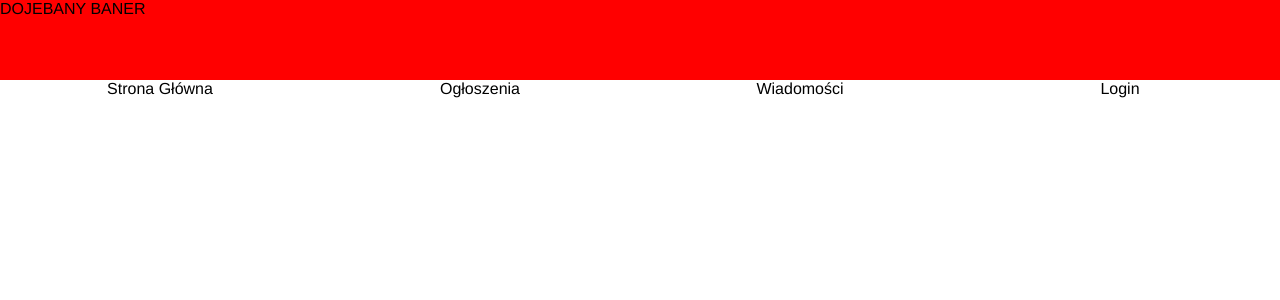
Repository: PatrykStawik/projectppz
Page: /wiadomosci
These files come from the project's save history. The page is drawn as it stood at one moment and after the next save; the edit follows.
The browser window is 1280 px wide. The pictures show the whole page.
The project was rebuilt for these pictures with package versions that can differ from the ones it lists, and the page was loaded fresh each time. The framework's server and built-in components were replaced by stand-ins that run in the browser.

Above is the page before, as saved 2021-05-21 21:35:37.

After the next save:
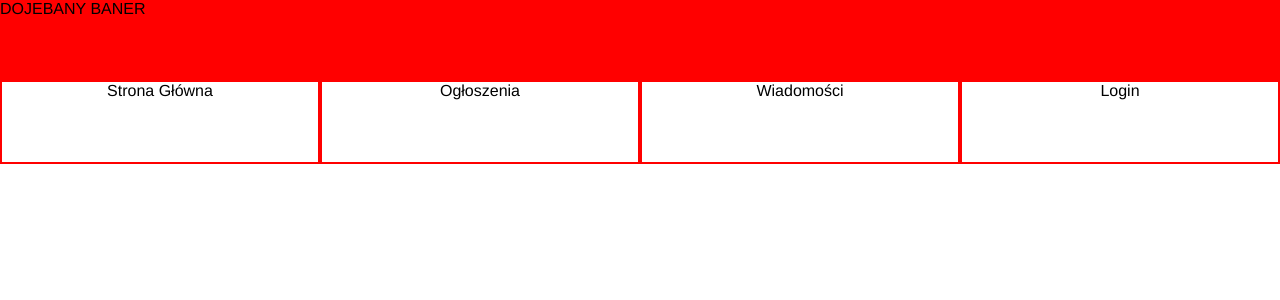
Saved 9 s later.
--- a/components/Header/Header.tsx
+++ b/components/Header/Header.tsx
@@ -16,6 +16,7 @@ const Wrapper = styled.header`
       text-align: center;
       height: 100%;
       align-items: center;
+      border: 2px solid red;
     }
   }
 `;
